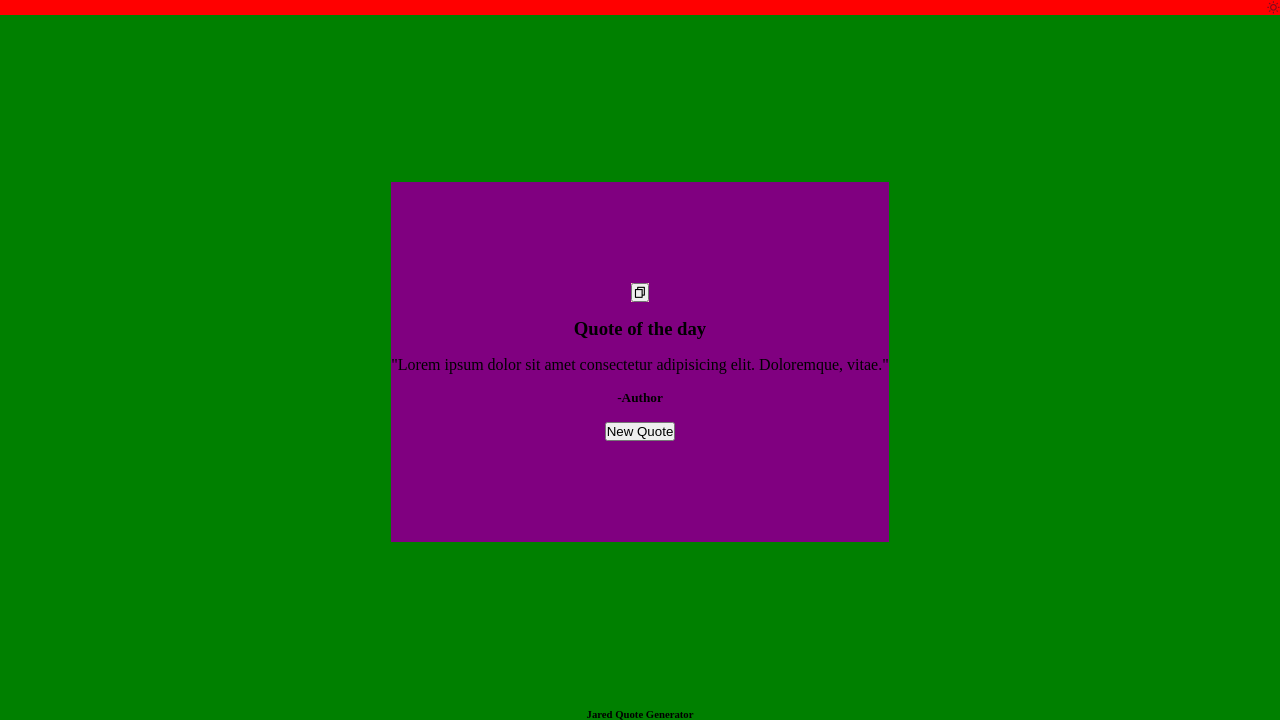
Repository: EguJaredoBoyd/Jared-Quote-Generator
Page: html/main.html
These files come from the project's save history. The page is drawn as it stood at one moment and after the next save; the edit follows.
The browser window is 1280 px wide. The pictures show the whole page.
Some web libraries are served in a nearby version.

Above is the page before, as saved 2026-01-09 00:42:22.

After the next save:
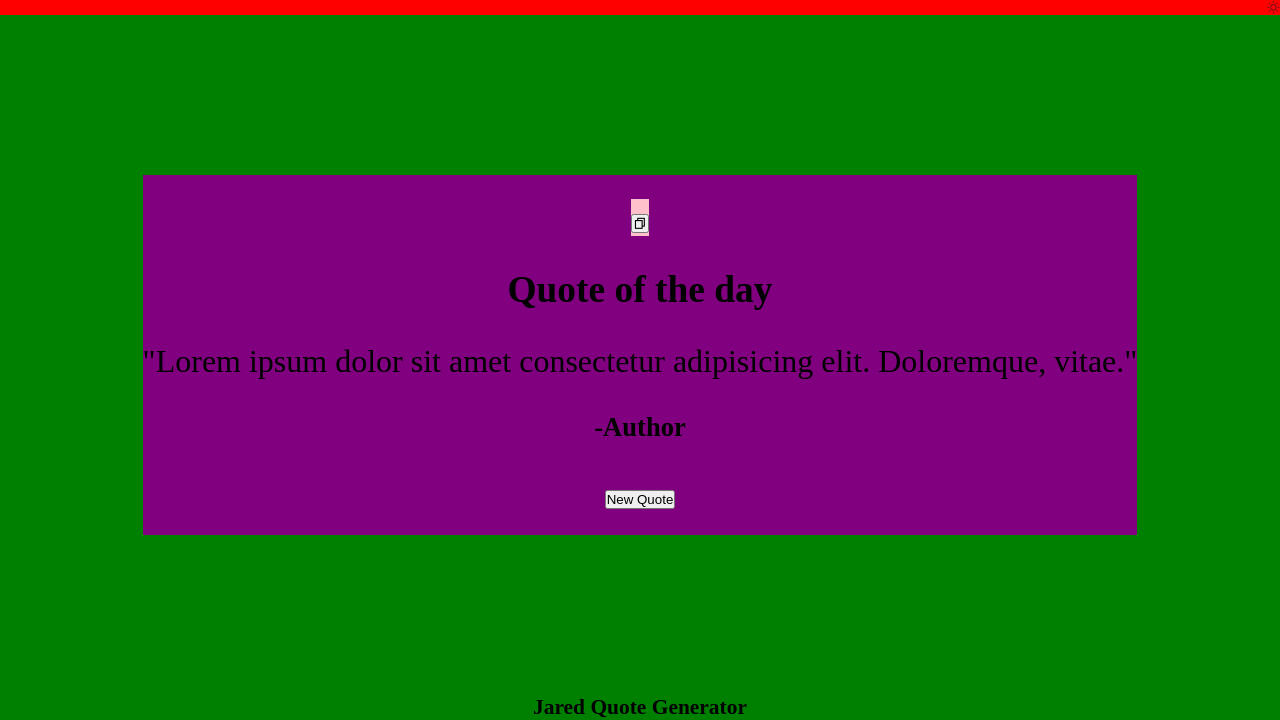
Saved 4 s later.
--- a/css/style.css
+++ b/css/style.css
@@ -12,7 +12,7 @@
 }
 
 html {
-  font-size: 1rem;
+  font-size: 2rem;
 }
 
 .lighter-theme {

After the save that followed:
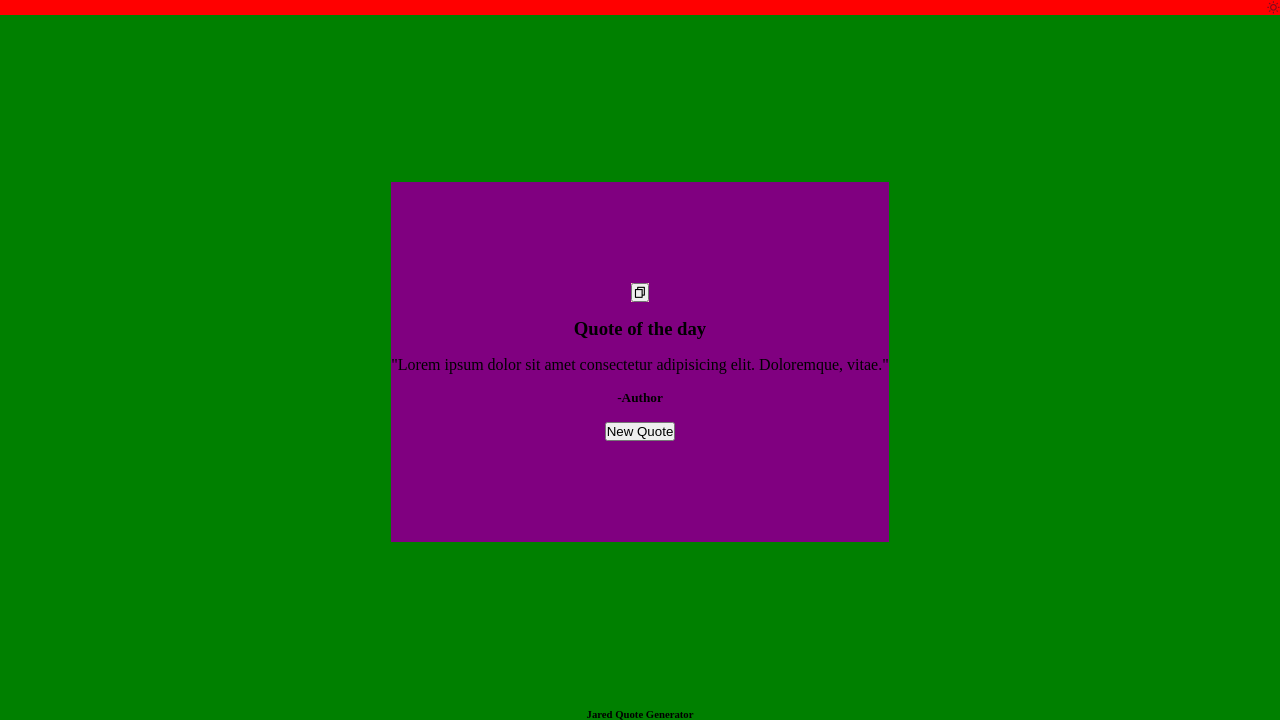
Saved 7 s later.
--- a/css/style.css
+++ b/css/style.css
@@ -12,7 +12,7 @@
 }
 
 html {
-  font-size: 2rem;
+  font-size: 16px;
 }
 
 .lighter-theme {
